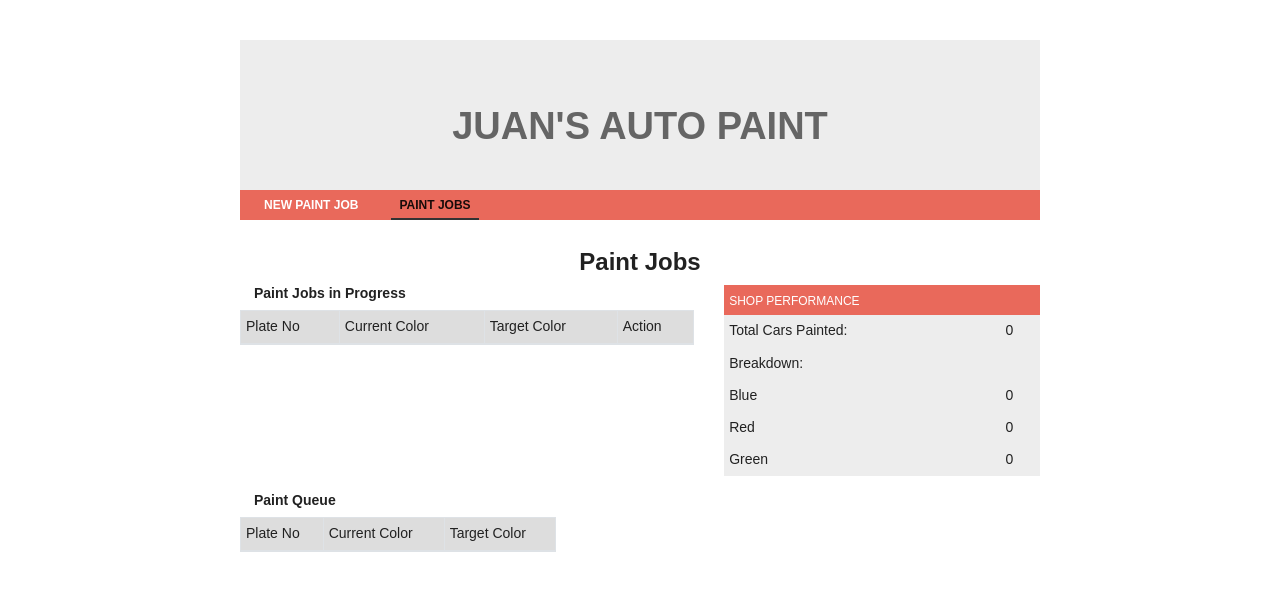
Repository: soycaringal/paint-job
Page: http://localhost/jobs
The author's editor kept a copy of each file at every save. The page is drawn from the files as they stood at one save, then again after the next save.
The browser window is 1280 px wide. The pictures show the whole page.
The page is served by the project's Laravel application, run on PHP 8.4 with Laravel 8. Queries for data that is not in the repository find no rows.

Above is the page before, as saved 2020-02-23 19:06:31.

After the next save:
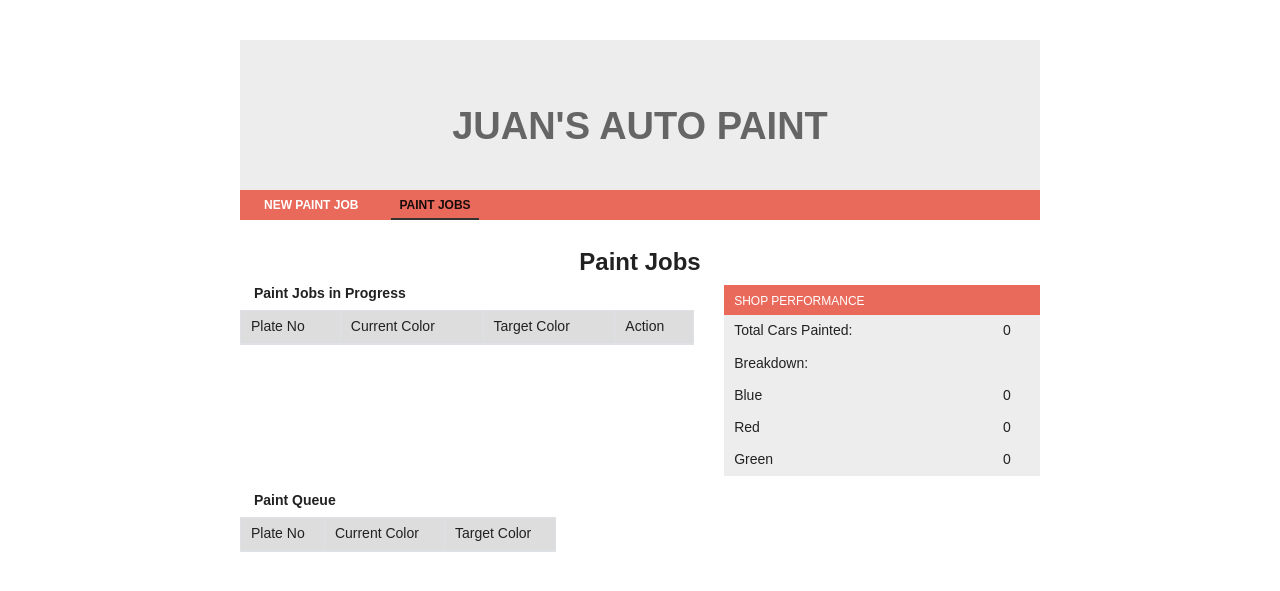
Saved 41 s later.
--- a/public/css/main.css
+++ b/public/css/main.css
@@ -96,7 +96,7 @@ header h1 {
 .paint-jobs-content .table .thead th, .paint-jobs-content .table tbody td {
     padding: .4em;
     font-weight: normal;
-    padding-left: 5px;
+    padding-left: 10px;
 }
 
 .paint-jobs-content .table .thead {
